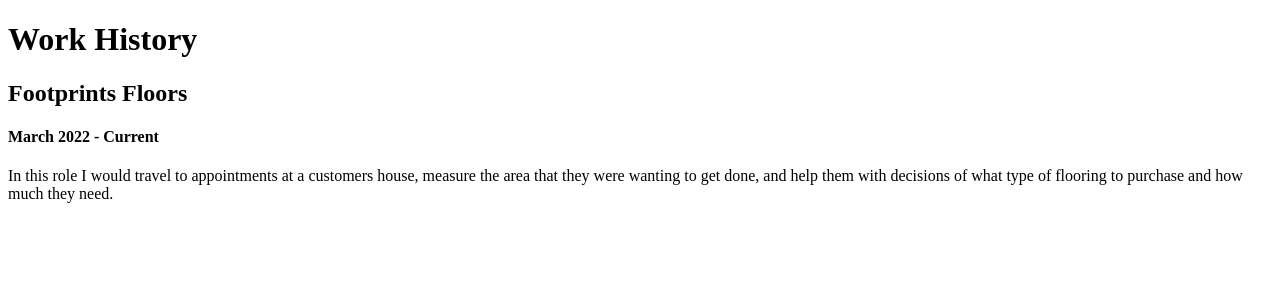
Repository: TEazy2433/LAB-HTML-Resume
Page: index.html
The author's editor kept a copy of each file at every save. The page is drawn from the files as they stood at one save, then again after the next save.
The browser window is 1280 px wide. The pictures show the whole page.

Above is the page before, as saved 2023-10-11 18:35:56.

### index.html
<!DOCTYPE html>
<html lang="en">
<head>
  <meta charset="UTF-8">
  <meta name="viewport" content="width=device-width, initial-scale=1.0">
  <title>Resume</title>
<link rel="stylesheet" href="main.css">
</head>
<body>
  <H1>Work History</H1>
  <article id="articleOne">
    <h2>Footprints Floors</h2>
    <h4>March 2022 - Current</h4>
    <section></section>
      <p>In this role I would travel to appointments at a customers house, measure the area that they were wanting to get done, and help them with decisions of what type of flooring to purchase and how much they need. </p>

  </article>
  <script src="main.js"></script>
</body>
</html>

### main.js
console.log("Resume");

Loaded but not shown: main.css (common file)

After the next save:
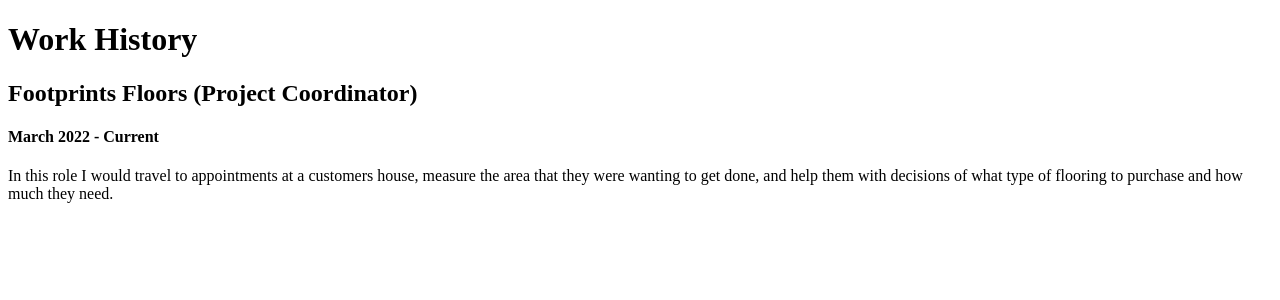
Saved 38 s later.
--- a/index.html
+++ b/index.html
@@ -9,7 +9,7 @@
 <body>
   <H1>Work History</H1>
   <article id="articleOne">
-    <h2>Footprints Floors</h2>
+    <h2>Footprints Floors (Project Coordinator)</h2>
     <h4>March 2022 - Current</h4>
     <section></section>
       <p>In this role I would travel to appointments at a customers house, measure the area that they were wanting to get done, and help them with decisions of what type of flooring to purchase and how much they need. </p>
